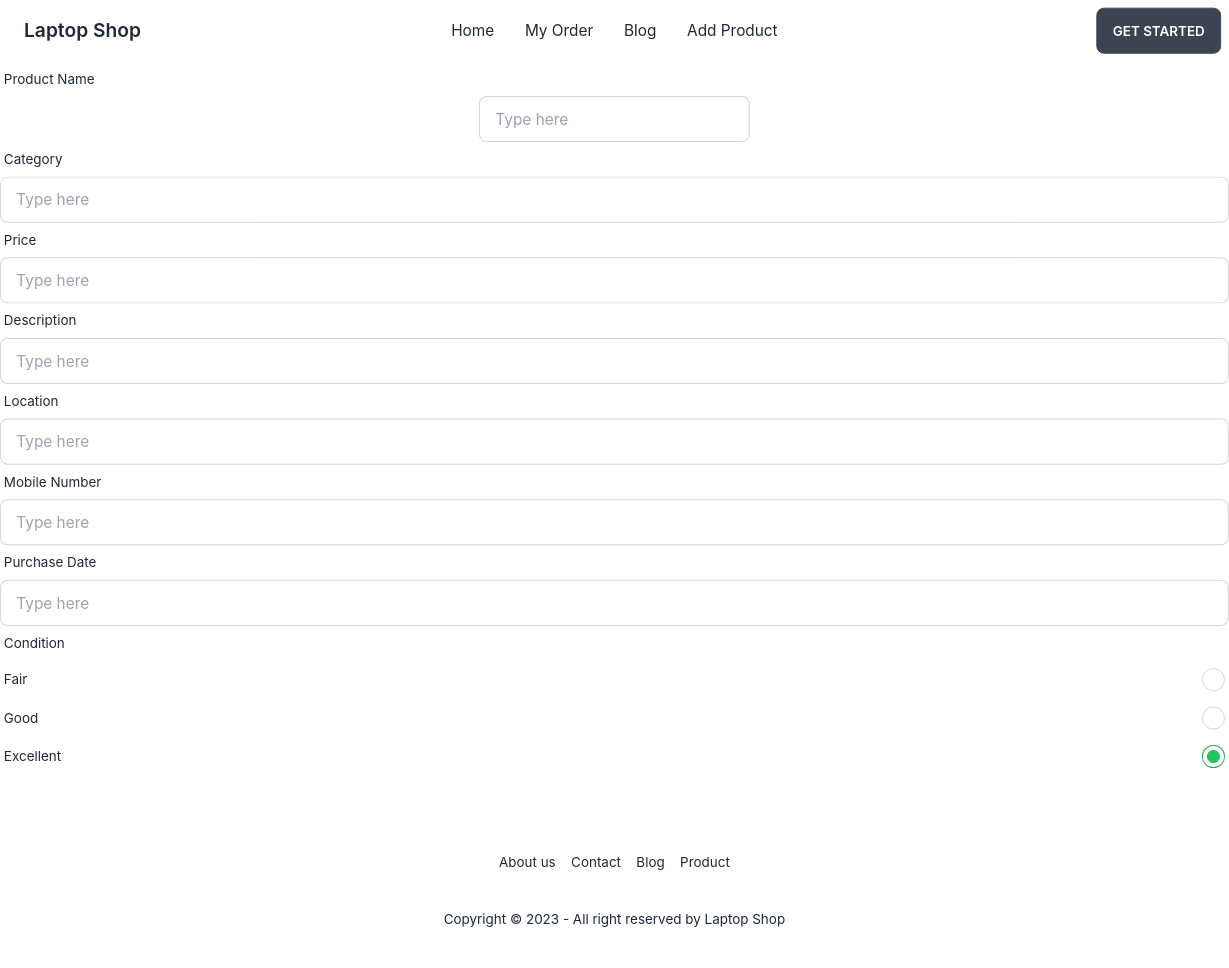
Repository: mdsajib50/E-commerce
Page: /add-product
An editor plug-in stored every save of this project. The page is shown before and after a run of saves, followed by the edit.
The browser window is 1280 px wide. The pictures show the whole page, at 96% of full size.
The project was rebuilt for these pictures with package versions that can differ from the ones it lists, and the page was loaded fresh each time. Also part of the build but not shown: src/Pages/Home/Banner/Banner.js, src/Pages/Home/Product/ProductCard.js, src/Pages/Home/Product/Product.js, src/Pages/Home/Home/Home.js.

Above is the page before, as saved 2023-01-11 23:09:41.

### src/App.js
import logo from './logo.svg';
import './App.css';
import { RouterProvider } from 'react-router';
import router from './Routes/Router';

function App() {
  return (
    <div className="App">
        <RouterProvider router={router}></RouterProvider>
    </div>
  );
}

export default App;

### src/Routes/Router.js
import React from 'react';
import { createBrowserRouter } from 'react-router-dom';
import Main from '../Layout/Main/Main';
import AddProduct from '../Pages/AddProduct/AddProduct';
import Home from '../Pages/Home/Home/Home';

const router = createBrowserRouter([
    {
        path: '/',
        element: <Main></Main>,
        children:[
            {
                path:'/',
                element:<Home></Home>
            },
            {
                path:'/home',
                element:<Home></Home>
            },
            {
                path: '/add-product',
                element: <AddProduct></AddProduct>
            }
        ]
    }
])

export default router;

### src/Layout/Main/Main.js
import React from 'react';
import { Outlet } from 'react-router';
import Footer from '../../Pages/Shared/Footer/Footer';
import Header from '../../Pages/Shared/Header/Header';

const Main = () => {
    return (
        <div>
            <Header></Header>
            <Outlet></Outlet>
            <Footer></Footer>
        </div>
    );
};

export default Main;

### src/Pages/AddProduct/AddProduct.js
import React from 'react';

const AddProduct = () => {
    return (
        <div className=''>
           <div className='grid grid-cols-1 mx-auto text-center md: justify-center'>
                <form>
                    <div>
                        <label className="label">
                            <span className="label-text">Product Name</span>
                        </label>
                        <input type="text" name='product_name' placeholder="Type here" className="input input-bordered" />
                    </div>
                    <div className="form-control">
                        <label className="label">
                            <span className="label-text">Category</span>
                        </label>
                        <input type="text" name='category' placeholder="Type here" className="input input-bordered" />
                    </div>
                    <div className="form-control">
                        <label className="label">
                            <span className="label-text">Price</span>
                        </label>
                        <input type="text" name='price' placeholder="Type here" className="input input-bordered" />
                    </div>
                    <div className="form-control">
                        <label className="label">
                            <span className="label-text">Description</span>
                        </label>
                        <input type="text" name='description' placeholder="Type here" className="input input-bordered" />
                    </div>
                    <div className="form-control">
                        <label className="label">
                            <span className="label-text">Location</span>
                        </label>
                        <input type="text" name='location' placeholder="Type here" className="input input-bordered" />
                    </div>
                    <div className="form-control">
                        <label className="label">
                            <span className="label-text">Mobile Number</span>
                        </label>
                        <input type="text" name='mobile' placeholder="Type here" className="input input-bordered" />
                    </div>
                    <div className="form-control">
                        <label className="label">
                            <span className="label-text">Purchase Date </span>
                        </label>
                        <input type="text" name='date' placeholder="Type here" className="input input-bordered" />
                    </div>
                    <div className="form-control rounded-xl">
                    <label className="label">
                            <span className="label-text">Condition </span>
                        </label>
                        <div className="form-control">
                            <label className="label cursor-pointer">
                                <span className="label-text">Fair</span>
                                <input type="radio" value='fair' name="condition" className="radio checked:bg-red-500" checked />
                            </label>
                            </div>
                            <div className="form-control">
                            <label className="label cursor-pointer">
                                <span className="label-text">Good</span>
                                <input type="radio" value='good' name="condition" className="radio checked:bg-blue-500" checked />
                            </label>
                        </div>
                            <div className="form-control">
                            <label className="label cursor-pointer">
                                <span className="label-text">Excellent</span>
                                <input type="radio" value='excellent' name="condition" className="radio checked:bg-green-500" checked />
                            </label>
                        </div>
                    </div>
                    </form>
           </div>
        </div>
    );
};

export default AddProduct;

### src/Pages/Shared/Footer/Footer.js
import React from 'react';

const Footer = () => {
    return (
        <footer className="footer footer-center p-10 text-base-content rounded mt-10">
            <div className="grid grid-flow-col gap-4">
                <a className="link link-hover">About us</a>
                <a className="link link-hover">Contact</a>
                <a className="link link-hover">Blog</a>
                <a className="link link-hover">Product</a>
            </div>
            <div>
                <p>Copyright © 2023 - All right reserved by Laptop Shop</p>
            </div>
</footer>
    );
};

export default Footer;

### src/Pages/Shared/Header/Header.js
import React from 'react';
import { Link } from 'react-router-dom';

const Header = () => {
    return (
        <div className="navbar bg-base-100">
        <div className="navbar-start">
            <div className="dropdown">
            <label tabIndex={0} className="btn btn-ghost lg:hidden">
                <svg xmlns="http://www.w3.org/2000/svg" className="h-5 w-5" fill="none" viewBox="0 0 24 24" stroke="currentColor"><path strokeLinecap="round" strokeLinejoin="round" strokeWidth="2" d="M4 6h16M4 12h8m-8 6h16" /></svg>
            </label>
            <ul tabIndex={0} className="menu menu-compact dropdown-content mt-3 p-2 shadow bg-base-100 rounded-box w-52">
                <li><Link to='/home'>Home</Link></li>
                <li><Link to='/myorder'>My Order</Link></li>
                <li><Link to='/blog'>Blog</Link></li>
                <li><Link to='/add-product'>Add A Product</Link></li>
            </ul>
            </div>
            <a className="btn btn-ghost normal-case text-xl">Laptop Shop</a>
        </div>
        <div className="navbar-center hidden lg:flex">
            <ul className="menu menu-horizontal px-1">
                <li><Link to='/home'>Home</Link></li>
                <li><Link to='/myorder'>My Order</Link></li>
                <li><Link to='/blog'>Blog</Link></li>
                <li><Link to='/add-product'>Add Product</Link></li>
            </ul>
        </div>
        <div className="navbar-end">
            <a className="btn">Get started</a>
        </div>
</div>
    );
};

export default Header;

Loaded but not shown: src/index.js (common file); src/index.css (common file); src/reportWebVitals.js (common file); src/App.css (common file); tailwind.config.js (common file)

After the next 2 saves:
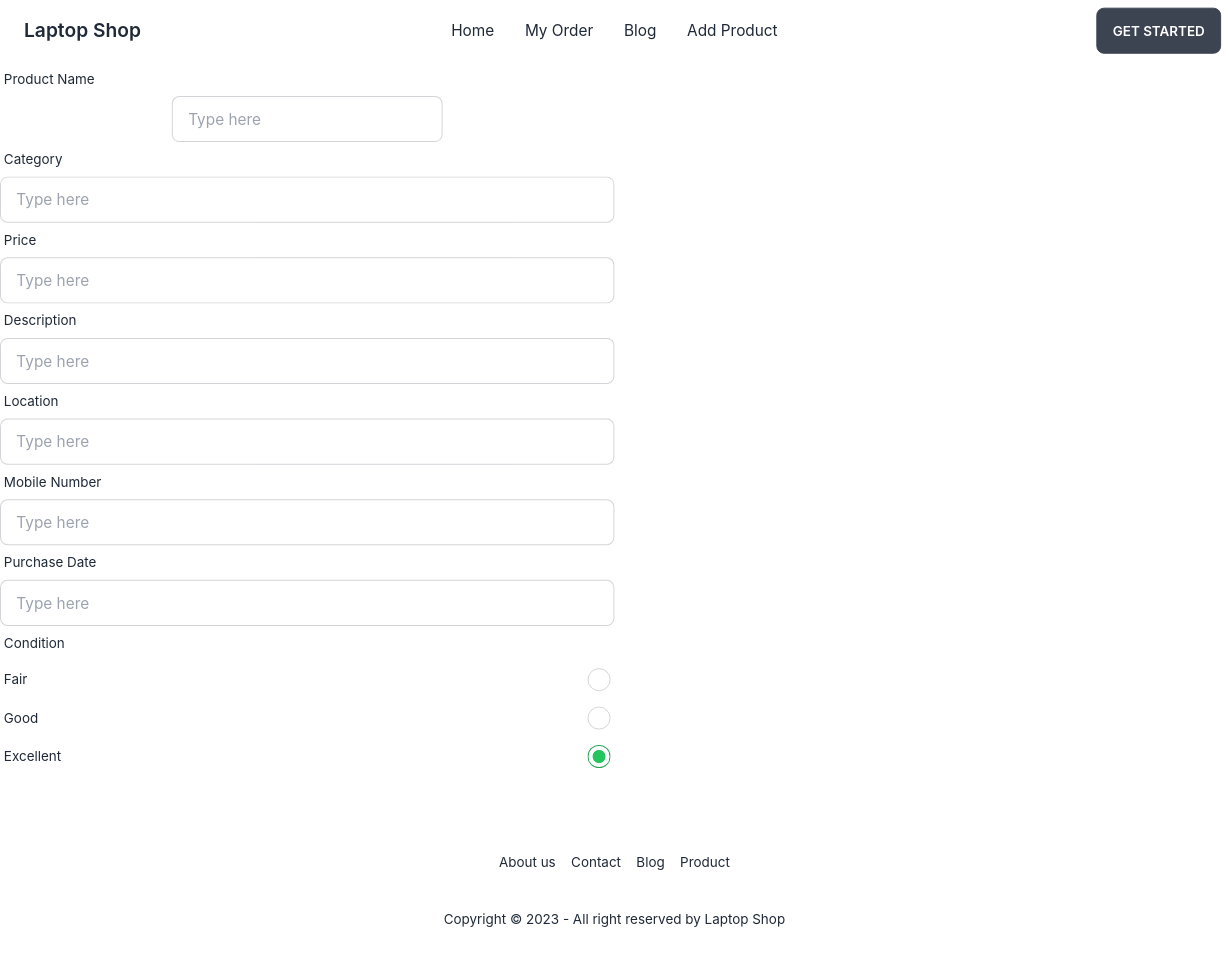
The 2 saves are shown as one change because they came seconds apart.
The last was saved 7 s later.
--- a/src/Pages/AddProduct/AddProduct.js
+++ b/src/Pages/AddProduct/AddProduct.js
@@ -3,7 +3,7 @@ import React from 'react';
 const AddProduct = () => {
     return (
         <div className=''>
-           <div className='grid grid-cols-1 mx-auto text-center md: justify-center'>
+           <div className='grid grid-cols-1 mx-auto text-center md:grid-cols-2 justify-center'>
                 <form>
                     <div>
                         <label className="label">
